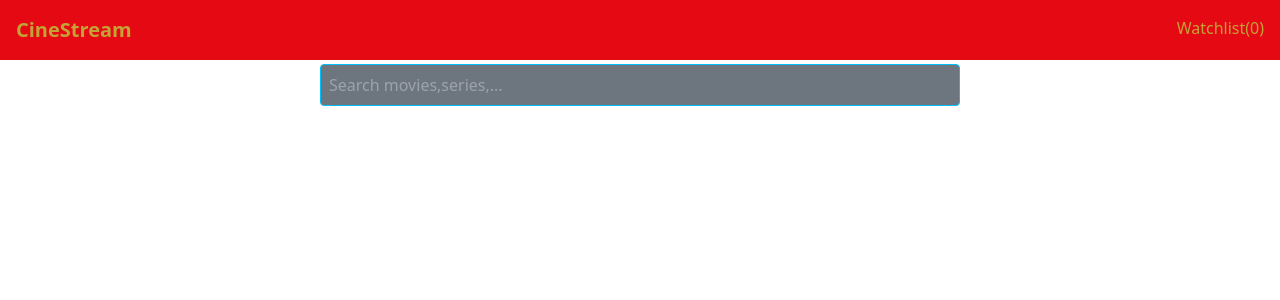
Repository: Reshmashameem31/Cine-Stream
Page: / (app in movie-project/)
These files come from the project's save history. The page is drawn as it stood at one moment and after a run of saves; the edit follows.
The browser window is 1280 px wide. The pictures show the whole page.
The project was rebuilt for these pictures with package versions that can differ from the ones it lists, and the page was loaded fresh each time. Also part of the build but not shown: movie-project/vite.config.js, movie-project/src/pages/WatchList.jsx.

Above is the page before, as saved 2025-08-15 17:44:03.

After the next 2 saves:
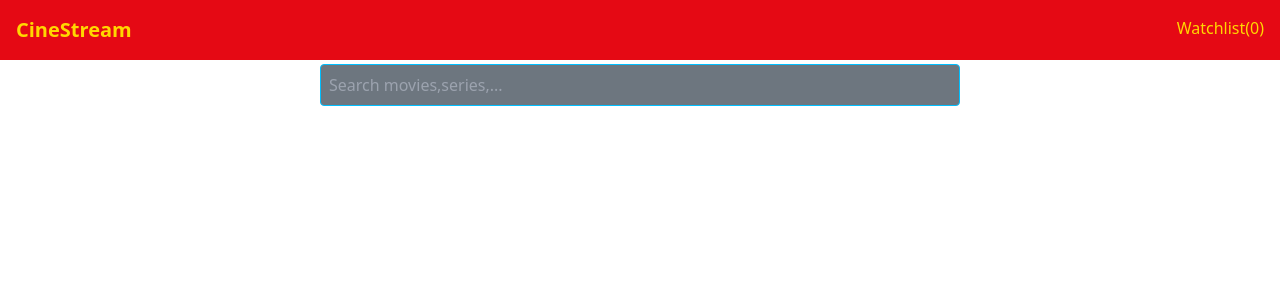
The 2 saves are shown as one change because they came seconds apart.
The last was saved 15 s later.
--- a/movie-project/src/pages/Navbar.jsx
+++ b/movie-project/src/pages/Navbar.jsx
@@ -3,7 +3,7 @@ import { Link } from 'react-router-dom'
 
 const Navbar = () => {
   return (
-    <nav className='p-4 bg-[#E50914] text-[#C5A236]  flex justify-between fixed w-full top-0'>
+    <nav className='p-4 bg-[#E50914] text-[#FFD700]  flex justify-between fixed w-full top-0'>
       <Link to="/" className='font-bold text-xl hover:text-[#00E5FF] '>CineStream</Link>
       <Link to="/watchlist" className='text-l hover:text-[#00E5FF]'>Watchlist(0)</Link>
     </nav>
